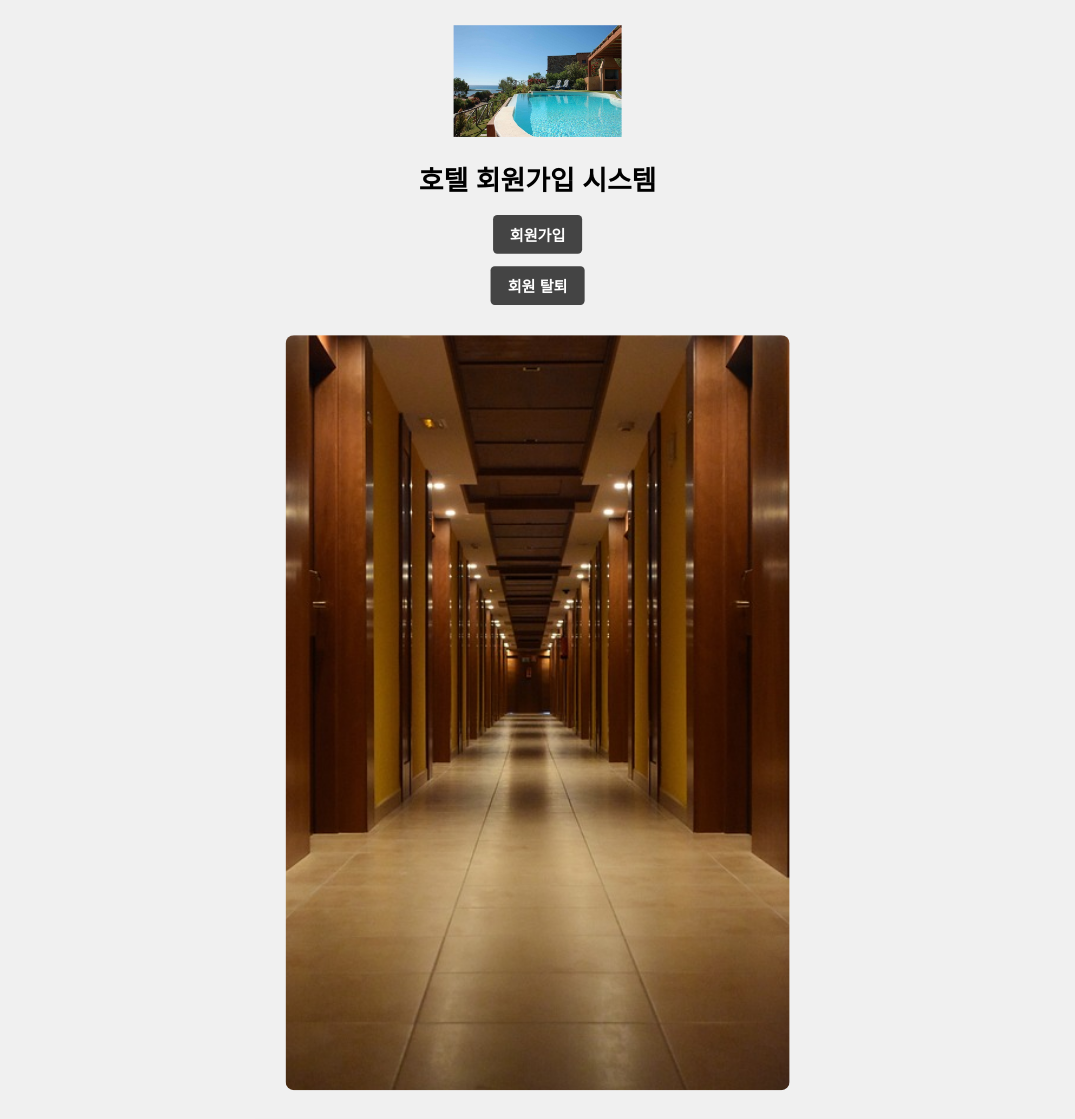
Repository: DearMyStore/ui-test
Page: http://localhost/HotelReservationSystem/menu.jsp
The author's editor kept a copy of each file at every save. The page is drawn from the files as they stood at one save, then again after the next save.
The browser window is 1280 px wide. The pictures show the whole page, at 84% of full size.
The page is served by Tomcat 9.

Above is the page before, as saved 2025-05-27 13:56:26.

### HRS/HotelReservationSystem/src/main/webapp/menu.jsp
<%@ page contentType="text/html; charset=UTF-8" pageEncoding="UTF-8"%>
<!DOCTYPE html>
<html>
<head>
    <meta charset="UTF-8">
    <title>호텔 예약 시스템</title>
    <style>
        body { font-family: Arial, sans-serif; text-align: center; margin: 30px; }
        img.logo { width: 200px; }
        img.room { width: 200px; margin-top: 20px; border-radius: 10px; }
        ul { list-style-type: none; padding: 0; }
        li { margin: 15px 0; font-size: 18px; }
        a { text-decoration: none; color: #3366cc; font-weight: bold; }
                body {
            background-color: #f0f0f0; /* 연한 회색 배경 */
            font-family: Arial, sans-serif;
            text-align: center;
            margin: 0;
            padding: 30px;
        }
        .container {
            background-color: #ffffff;
            padding: 30px;
            border-radius: 10px;
            display: inline-block;
            box-shadow: 0px 0px 15px rgba(0, 0, 0, 0.1);
        }
        img.logo {
            width: 200px;
        }
        img.room {
            width: 600px;
            margin-top: 20px;
            border-radius: 10px;
        }
        ul {
            list-style-type: none;
            padding: 0;
        }
        li {
            margin: 15px 0;
        }
        a {
            display: inline-block;
            padding: 10px 20px;
            background-color: #444444;
            color: white;
            border-radius: 5px;
            text-decoration: none;
            font-weight: bold;
            transition: background-color 0.2s ease;
        }
        a:hover {
            background-color: #222222;
        }
    </style>
</head>
<body>
    <img src="images/hotel.jpg" alt="호텔 로고" class="logo">
    <h1>호텔 회원가입 시스템</h1>
    <ul>
        <li><a href="register.jsp">회원가입</a></li>
        <li><a href="deleteAccount.jsp">회원 탈퇴</a></li>
    </ul>
    <img src="images/hotel2.jpg" alt="객실 사진" class="room">
</body>
</html>

After the next save:
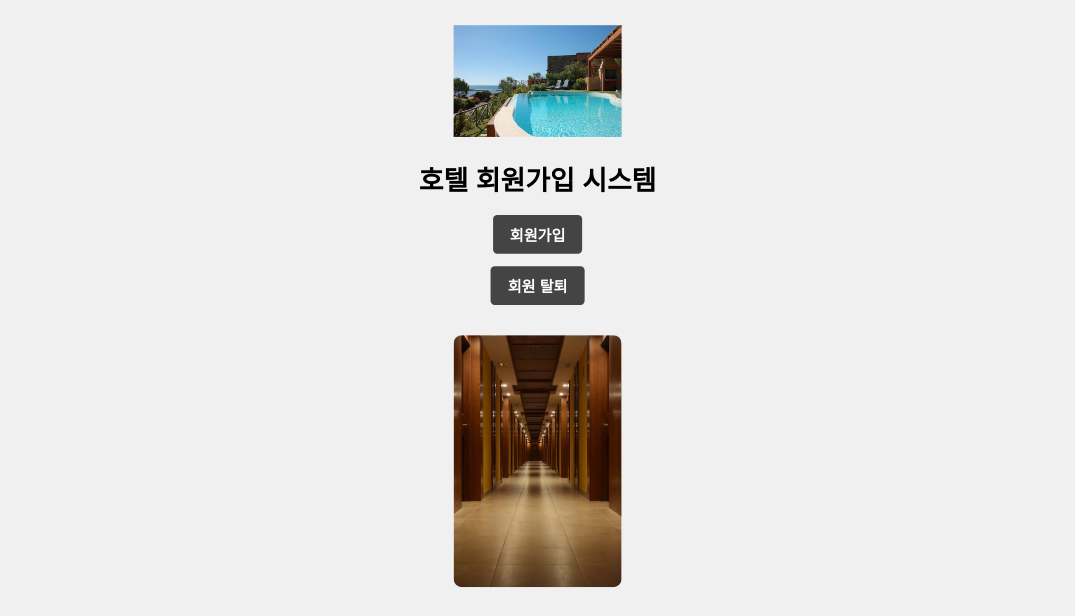
Saved 28 s later.
--- a/HRS/HotelReservationSystem/src/main/webapp/menu.jsp
+++ b/HRS/HotelReservationSystem/src/main/webapp/menu.jsp
@@ -29,7 +29,7 @@
             width: 200px;
         }
         img.room {
-            width: 600px;
+            width: 200px;
             margin-top: 20px;
             border-radius: 10px;
         }
